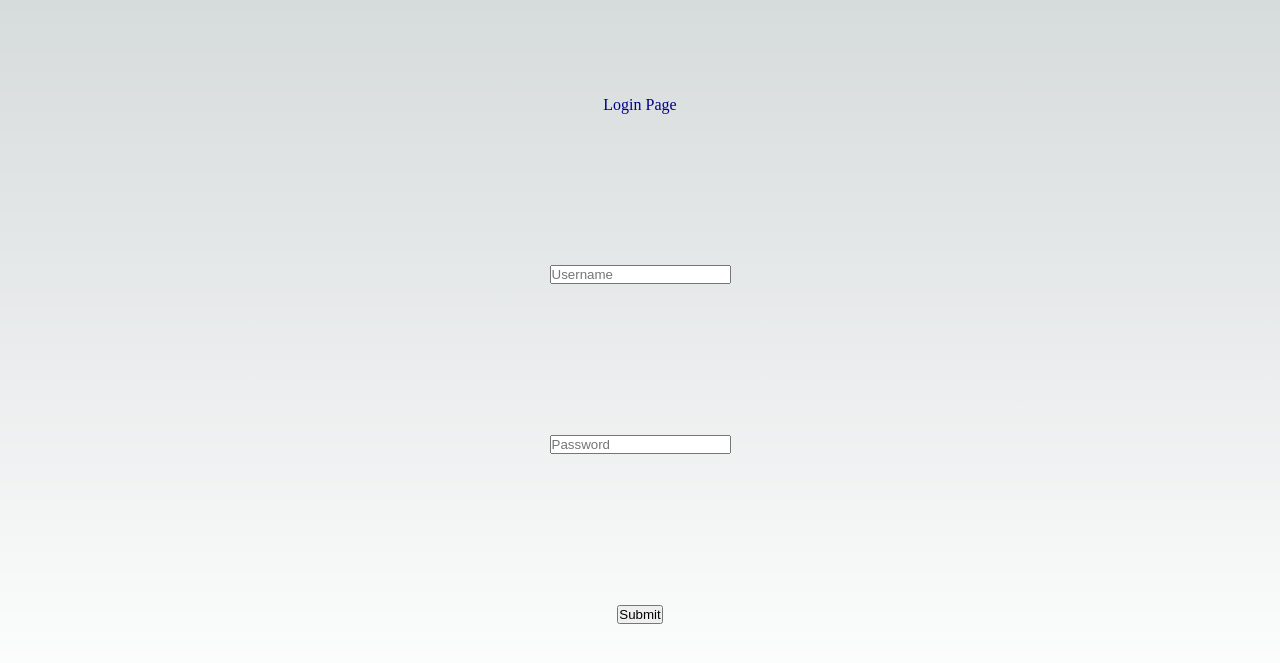
Repository: SaraShio/counter
Page: /
The author's editor kept a copy of each file at every save. The page is drawn from the files as they stood at one save, then again after the next save.
The browser window is 1280 px wide. The pictures show the whole page.
The project was rebuilt for these pictures with package versions that can differ from the ones it lists, and the page was loaded fresh each time. The framework's server and built-in components were replaced by stand-ins that run in the browser. Also part of the build but not shown: next.config.js.

Above is the page before, as saved 2023-01-15 16:52:06.

After the next save:
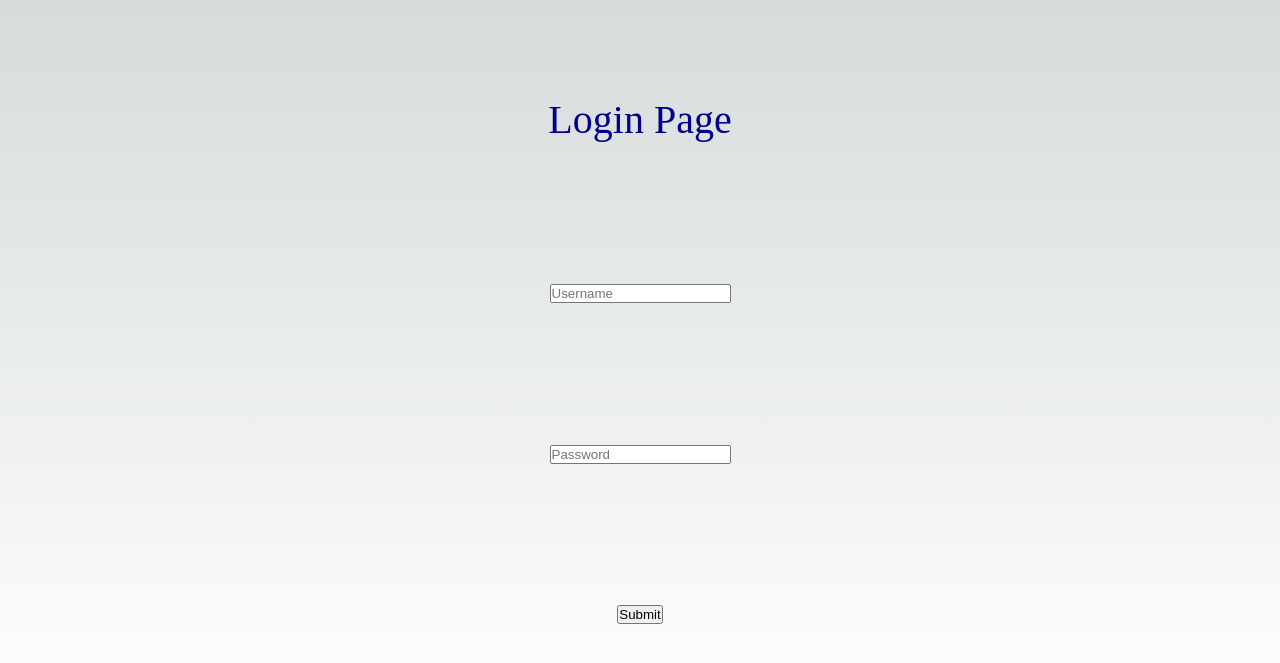
Saved 9 s later.
--- a/styles/Home.module.css
+++ b/styles/Home.module.css
@@ -6,6 +6,7 @@
   padding: 6rem;
   min-height: 100vh;
   color: darkblue;
+  font-size: 40px;
 }
 
 .description {
